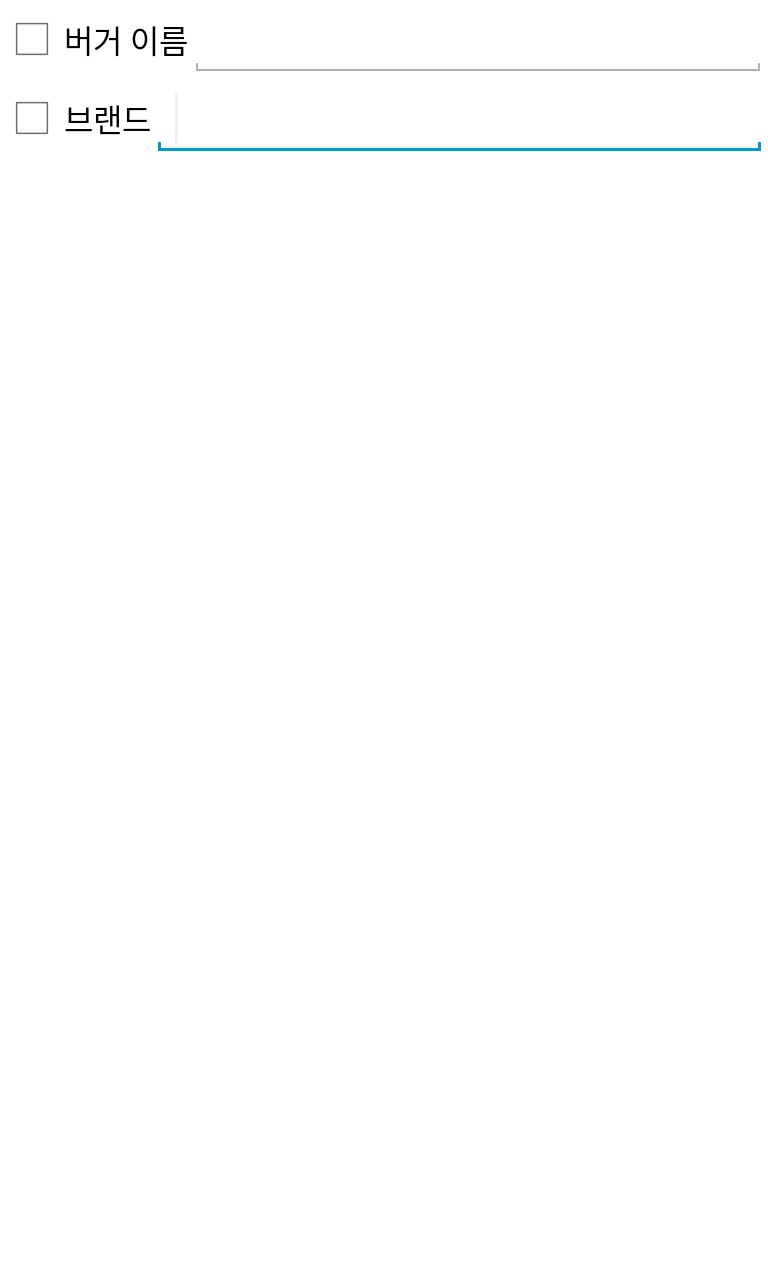
Repository: OnionLord/BurgerWIKI
Layout: burgerDicApp/BurgerDictionary/res/layout/burgersearch.xml
The author's editor kept a copy of each file at every save. The layout is drawn from the files as they stood at one save, then again after the next save.
It is drawn on a 768 x 1280 px phone screen (xhdpi) without system bars, with theme AppTheme; the app's code is not run.

Above is the layout before, as saved 2014-11-07 14:30:28.

### burgerDicApp/BurgerDictionary/res/layout/burgersearch.xml
<LinearLayout xmlns:android="http://schemas.android.com/apk/res/android"
    android:layout_width="fill_parent"
    android:layout_height="fill_parent"
    android:orientation="vertical" >

    <LinearLayout
        android:layout_width="match_parent"
        android:layout_height="wrap_content" >

        <CheckBox
            android:id="@+id/search_chk_name"
            android:layout_width="wrap_content"
            android:layout_height="wrap_content"
            android:text="버거 이름" />

        <EditText
            android:id="@+id/search_name"
            android:layout_width="wrap_content"
            android:layout_height="wrap_content"
            android:layout_weight="1"
            android:ems="10" >

            <requestFocus />
        </EditText>

    </LinearLayout>

    <LinearLayout
        android:layout_width="match_parent"
        android:layout_height="wrap_content" >

        <CheckBox
            android:id="@+id/search_chk_company"
            android:layout_width="wrap_content"
            android:layout_height="wrap_content"
            android:text="브랜드" />

        <EditText
            android:id="@+id/search_company"
            android:layout_width="wrap_content"
            android:layout_height="wrap_content"
            android:layout_weight="1"
            android:ems="10" >

            <requestFocus />
        </EditText>

    </LinearLayout>

</LinearLayout>

Loaded but not shown: burgerDicApp/BurgerDictionary/res/values/styles.xml (common file); burgerDicApp/BurgerDictionary/res/values-v11/styles.xml (common file); burgerDicApp/BurgerDictionary/res/values-v14/styles.xml (common file)

After the next save:
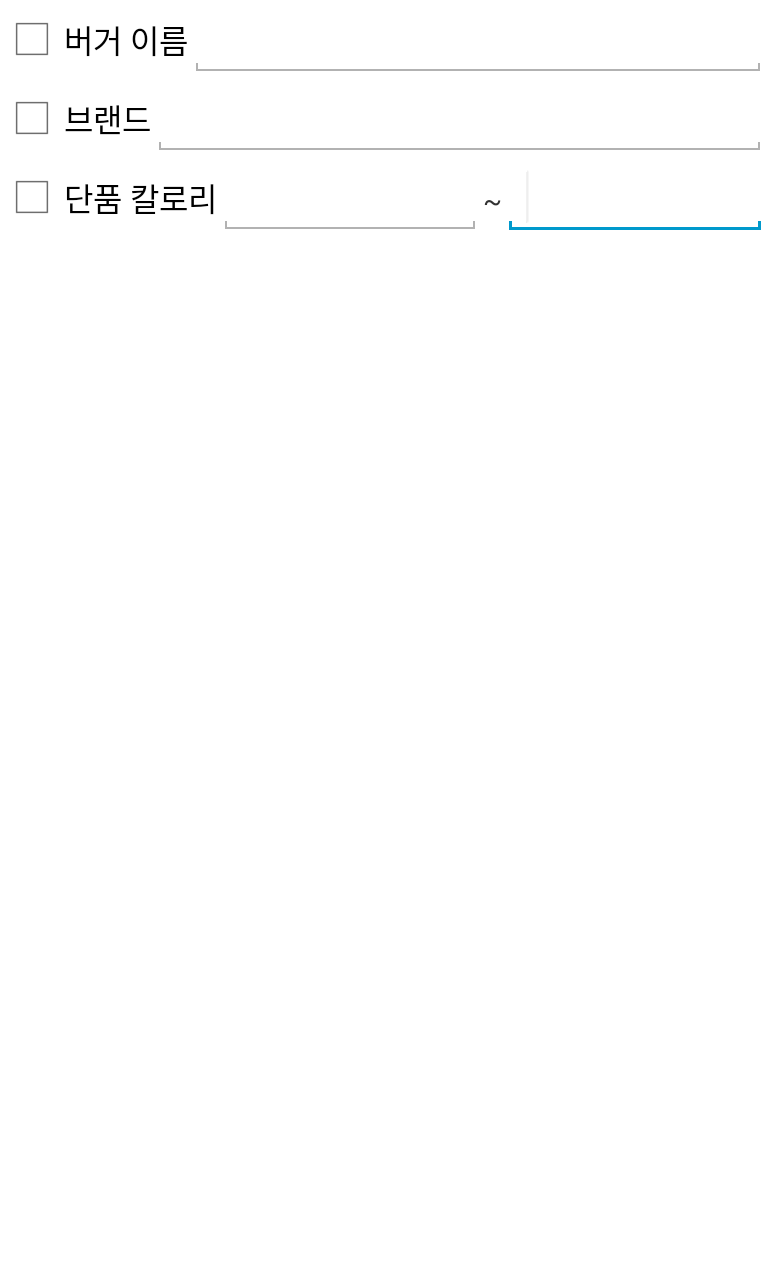
Saved 55 s later.
--- a/burgerDicApp/BurgerDictionary/res/layout/burgersearch.xml
+++ b/burgerDicApp/BurgerDictionary/res/layout/burgersearch.xml
@@ -47,4 +47,42 @@
 
     </LinearLayout>
 
+    <LinearLayout
+        android:layout_width="match_parent"
+        android:layout_height="wrap_content" >
+
+        <CheckBox
+            android:id="@+id/search_chk_calone"
+            android:layout_width="wrap_content"
+            android:layout_height="wrap_content"
+            android:text="단품 칼로리" />
+
+        <EditText
+            android:id="@+id/search_calone1"
+            android:layout_width="wrap_content"
+            android:layout_height="wrap_content"
+            android:layout_weight="1"
+            android:ems="10" >
+
+            <requestFocus />
+        </EditText>
+
+        <TextView
+            android:id="@+id/textView1"
+            android:layout_width="wrap_content"
+            android:layout_height="wrap_content"
+            android:text="~" />
+
+        <EditText
+            android:id="@+id/search_calone2"
+            android:layout_width="wrap_content"
+            android:layout_height="wrap_content"
+            android:layout_weight="1"
+            android:ems="10" >
+
+            <requestFocus />
+        </EditText>
+
+    </LinearLayout>
+
 </LinearLayout>
